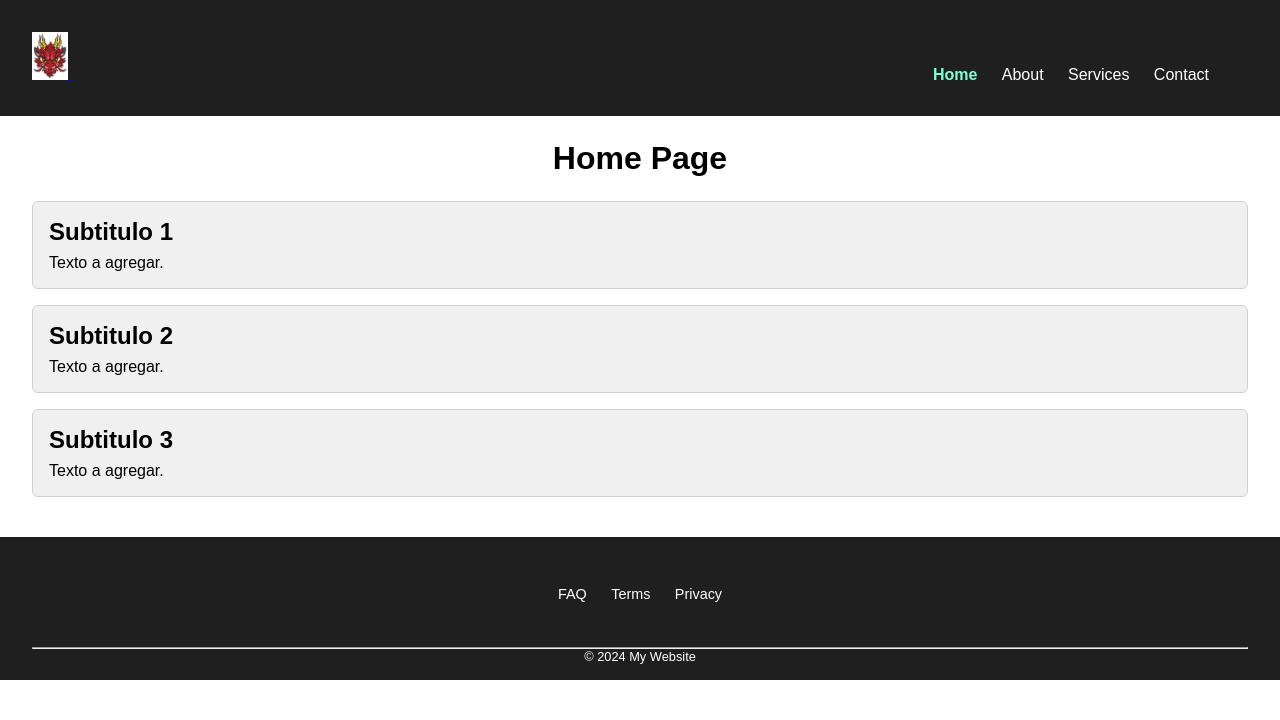
Repository: andreamm-lab/basic-navigation-example-2025-10
Page: index.html
An editor plug-in stored every save of this project. The page is shown before and after the next save, followed by the edit.
The browser window is 1280 px wide. The pictures show the whole page.

Above is the page before, as saved 2025-11-06 01:54:20.

After the next save:
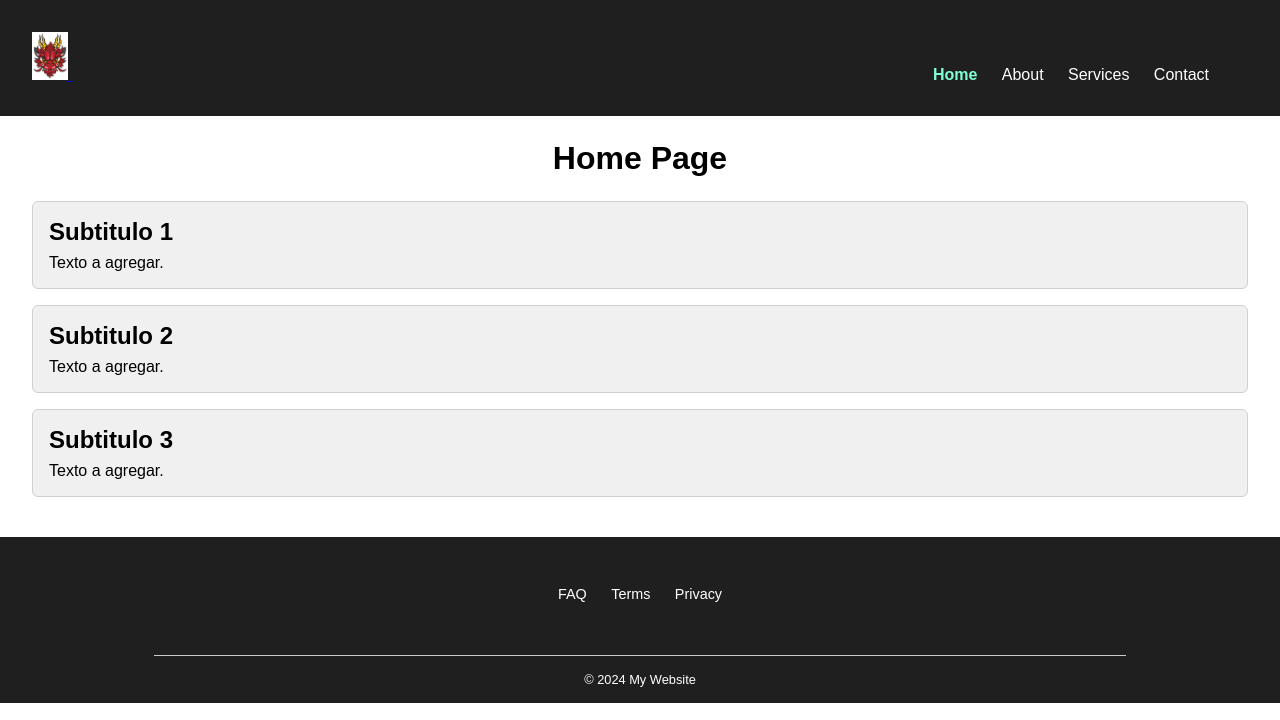
Saved 2 min 26 s later.
--- a/main.css
+++ b/main.css
@@ -1,11 +1,9 @@
-/* 1. box-sizing border-box para todo */
 * {
     box-sizing: border-box;
     margin: 0;
     padding: 0;
 }
 
-/* type selector */
 body {
     font-family: Arial, Helvetica, sans-serif;
     background-color: #ffffff;
@@ -62,9 +60,8 @@ nav ul li a:hover {
     color: rgb(92, 229, 0);
 }
 
-/* main común */
 main {
-    display: block; /* uso de display: block */
+    display: block;
     padding: 24px 32px;
     min-height: 400px;
 }
@@ -74,9 +71,9 @@ main {
     margin-bottom: 24px;
 }
 
-/* cards genéricas */
+/* text cards */
 .card-grid {
-    display: block; /* para que las tarjetas se acomoden vertical */
+    display: block; /* vertical align */
 }
 
 .card {
@@ -91,19 +88,19 @@ main {
     margin-bottom: 8px;
 }
 
-/* layout de la página con aside (services) */
+/* Side menu on Services */
 .page {
     display: block;
 }
 
 .main-content {
-    display: inline-block;   /* 70% del ancho */
+    display: inline-block;
     width: 69%;
     vertical-align: top;
 }
 
 .side-nav {
-    display: inline-block;   /* 25% del ancho */
+    display: inline-block;
     width: 28%;
     background-color: #2a2a2a;
     color: #fff;
@@ -123,7 +120,7 @@ main {
 
 .side-nav ul li {
     margin-bottom: 8px;
-    display: block; /* uso de display block en los li del aside */
+    display: block;
 }
 
 .side-nav ul li a {
@@ -150,7 +147,7 @@ main {
 }
 
 #main-footer nav ul li {
-    display: inline-block; /* uso de inline-block */
+    display: inline-block;
     margin: 0 10px;
 }
 
@@ -164,7 +161,13 @@ main {
     font-size: 0.8rem;
 }
 
-/* id selector ya usado arriba (#main-footer, #page-title) */
 #page-title {
     font-size: 2rem;
 }
+
+.footer-line {
+  border: none;
+  border-top: 1px solid #ccc;
+  margin: 8px auto 16px;
+  width: 80%;
+}
